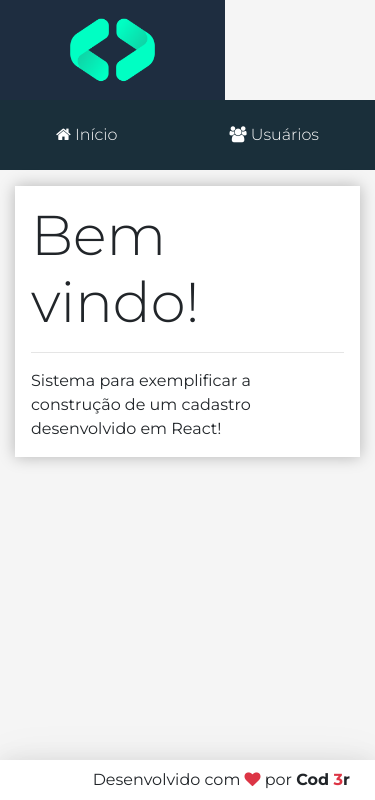
Repository: eversonps/projeto-cadastro-usuarios-firebase
Page: / (app in frontend/)
These files come from the project's save history. The page is drawn as it stood at one moment and after the next save; the edit follows.
The browser window is 375 px wide. The pictures show the whole page.
The project was rebuilt for these pictures with package versions that can differ from the ones it lists, and the page was loaded fresh each time. Also part of the build but not shown: frontend/src/components/user/userCrud.jsx.

Above is the page before, as saved 2022-03-22 15:38:59.

### frontend/public/index.html
<!DOCTYPE html>
<html lang="en">
  <head>
    <meta charset="utf-8" />
    <link rel="icon" href="%PUBLIC_URL%/favicon.ico" />
    <link rel="preconnect" href="https://fonts.googleapis.com">
    <link rel="preconnect" href="https://fonts.gstatic.com" crossorigin>
    <link href="https://fonts.googleapis.com/css2?family=Montserrat:wght@300;400;700&display=swap" rel="stylesheet">
    <meta name="viewport" content="width=device-width, initial-scale=1" />
    <meta name="theme-color" content="#000000" />
    <meta
      name="description"
      content="Web site created using create-react-app"
    />
    <link rel="apple-touch-icon" href="%PUBLIC_URL%/logo192.png" />
    <!--
      manifest.json provides metadata used when your web app is installed on a
      user's mobile device or desktop. See https://developers.google.com/web/fundamentals/web-app-manifest/
    -->
    <link rel="manifest" href="%PUBLIC_URL%/manifest.json" />
    <!--
      Notice the use of %PUBLIC_URL% in the tags above.
      It will be replaced with the URL of the `public` folder during the build.
      Only files inside the `public` folder can be referenced from the HTML.

      Unlike "/favicon.ico" or "favicon.ico", "%PUBLIC_URL%/favicon.ico" will
      work correctly both with client-side routing and a non-root public URL.
      Learn how to configure a non-root public URL by running `npm run build`.
    -->
    <title>React App</title>
  </head>
  <body>
    <noscript>You need to enable JavaScript to run this app.</noscript>
    <div id="root"></div>
    <!--
      This HTML file is a template.
      If you open it directly in the browser, you will see an empty page.

      You can add webfonts, meta tags, or analytics to this file.
      The build step will place the bundled scripts into the <body> tag.

      To begin the development, run `npm start` or `yarn start`.
      To create a production bundle, use `npm run build` or `yarn build`.
    -->
  </body>
</html>

### frontend/src/index.js
import React from 'react';
import ReactDOM from 'react-dom';
import './index.css';
import App from './main/app';
import reportWebVitals from './reportWebVitals';

ReactDOM.render(
  <React.StrictMode>
    <App />
  </React.StrictMode>,
  document.getElementById('root')
);

// If you want to start measuring performance in your app, pass a function
// to log results (for example: reportWebVitals(console.log))
// or send to an analytics endpoint. Learn more: https://bit.ly/CRA-vitals
reportWebVitals();

### frontend/src/main/app.jsx
import "./app.css"
import "bootstrap/dist/css/bootstrap.min.css"
import "font-awesome/css/font-awesome.min.css"

import React from "react"

import Logo from "../components/template/logo"
import Nav from "../components/template/nav"
import Footer from "../components/template/footer"
import Routes from "./routes"

import {BrowserRouter as Router} from "react-router-dom"

export default props => {
    return (
        <div className="app">
            <Router>
                <Logo></Logo>
                <Nav></Nav>
                <Routes></Routes>
                <Footer></Footer>
            </Router>
        </div>
    )
}

### frontend/src/main/app.css
:root{
    --bg-dark: #1A2F3A;
    --logo-height: 100px;
    --header-height: 100px;
    --aside-width: 225px;
    --footer-height: 40px;
    --menu-top-right: 70px;

    --shadow: 0 2px 23px 0 rgba(0, 0, 0, 0.1), 0 2px 49px 0 rgba(0, 0, 0, 0.06);
}

* {
    box-sizing: border-box;
    font-family: 'Montserrat', sans-serif;
}

.app{
    margin: 0px;
    display: grid;
    grid-template-columns: var(--aside-width) 1fr;
    grid-template-rows: var(--header-height) 1fr var(--footer-height);
    grid-template-areas:
        "logo header"
        "menu content"
        "menu footer";
    height: 100vh;
    background-color: #F5F5F5;
}

aside.logo{
    grid-area: logo;
}

header.header{
    grid-area: header;
}

aside.menu-area{
    grid-area: menu;
}

main.content{
    grid-area: content;
}

footer.footer{
    grid-area: footer;
}

@media(max-width: 768px){
    .app{
        grid-template-rows: var(--header-height) var(--menu-top-right) 1fr var(--footer-height);
        grid-template-columns: var(--aside-width) 1fr;
        grid-template-areas:
            "logo header"
            "menu menu"
            "content content"
            "footer footer"
        ;
    }
}

@media(max-width: 576px){
    .app{

    }
}

### frontend/src/components/template/logo.jsx
import React from "react"
import "./logo.css"
import logo from "../../assets/images/logo.png"

import { Link } from "react-router-dom"
export default props => (
    <aside className="logo">
        <Link to="/" className="logo">
            <img src={logo} alt="logo" />
        </Link>
    </aside>
)

### frontend/src/components/template/nav.jsx
import React from "react"
import "./nav.css"

import {Link} from "react-router-dom"

export default props => {
    return (
        <aside className="menu-area">
            <nav className="menu">
                <Link to="/">
                    <i className="fa fa-home"></i> Início
                </Link>
                <Link to="/users">
                    <i className="fa fa-users"></i> Usuários
                </Link>
            </nav>
        </aside>
    )
}

### frontend/src/components/template/footer.jsx
import React from "react";
import "./footer.css"

export default props => (
    <footer className="footer">
        <span>
            Desenvolvido com <i className="fa fa-heart text-danger"></i> por <strong>Cod <span className="text-danger">3</span>r</strong>
        </span>
    </footer>
)

### frontend/src/main/routes.jsx
import React from "react";
import {Routes, Route} from "react-router-dom"

import Home from "../components/home/home"
import UserCrud from "../components/user/userCrud"

export default props => (
    <Routes>
        <Route path="/" element={<Home />}/>
        <Route path="/users" element={<UserCrud />}/>
        <Route path="*" element={<Home />}/>
    </Routes>
)

### frontend/src/components/template/logo.css
aside.logo{
    background-color: var(--bg-dark);
    display: flex;
    justify-content: center;
    align-items: center;
}

aside.logo img {
    width: 100%;
}

### frontend/src/components/template/nav.css
aside.menu-area{
    background-color: var(--bg-dark);
    box-shadow: 2px 0 10px 0 rgba(0,0,0,0.12), rgba(0,0,0,0.09);
}

.menu a{
    display: block;
    text-decoration: none;
    color: #FFF;
    font-weight: 300;
    padding: 15px;
}

.menu a:hover {
    background: linear-gradient(135deg, #07A7E3 0%, #32DAC3 100%);
}

@media(max-width: 768px){
    .menu{
        display: flex;
        justify-content: flex-start;
        align-items: center;
    }

    .menu a{
        margin: 0px;
        display: inline;
        padding: 10px;
    }

    .menu {
        height: 100%;
        justify-content: space-around;
    }
}

### frontend/src/components/template/footer.css
footer.footer{
    display: flex;
    align-items: center;
    justify-content: flex-end;
    padding: 0 25px;
    background-color: #FFF;
    box-shadow: var(--shadow);
}

### frontend/src/components/home/home.jsx
import React from "react"
import Main from "../template/main"

export default props => (
    <Main icon="home" title="Inicio" subtitle="Segundo Projeto do capítulo de React">
        <div className="display-4">
            Bem vindo!
        </div>
        <hr />
        <p className="mb-0">Sistema para exemplificar a construção de um cadastro desenvolvido em React!</p>
    </Main>
)

### frontend/src/components/template/main.jsx
import React from "react"
import Header from "./header"
import "./main.css"

export default props => (
    <>
        <Header {...props}></Header>
        <main className="content container-fluid">
            <div className="p-3 mt-3">
                {props.children}
            </div>
        </main>
    </>
)

### frontend/src/components/template/header.jsx
import React from "react";
import "./header.css"

export default props => (
    <header className="header d-none d-sm-flex flex-column">
        <h1 className="mt-3">
            <i className={`fa fa-${props.icon}`}></i> {props.title}
        </h1>
        <p className="lead text-muted">{props.subtitle}</p>
    </header>
)

### frontend/src/components/template/header.css
header.header{
    background-color: #FFF;
    padding: 0px 15px;
    overflow: hidden;
    white-space: nowrap;
    box-shadow: var(--shadow);
}

header.header h1{
    font-size: 1.8em;
}

Loaded but not shown: frontend/src/index.css (common file); frontend/src/reportWebVitals.js (common file); frontend/src/components/template/main.css (common file)

After the next save:
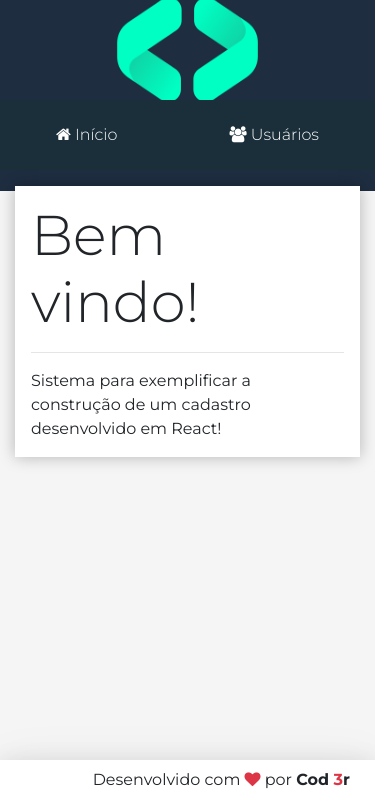
Saved 67 s later.
--- a/frontend/src/main/app.css
+++ b/frontend/src/main/app.css
@@ -62,6 +62,8 @@ footer.footer{
 
 @media(max-width: 576px){
     .app{
-
+        grid-template-rows: var(--logo-height) var(--menu-top-right) 1fr var(--footer-height);
+        grid-template-columns: 1fr;
+        grid-template-areas: "logo" "menu" "content" "footer";
     }
 }
